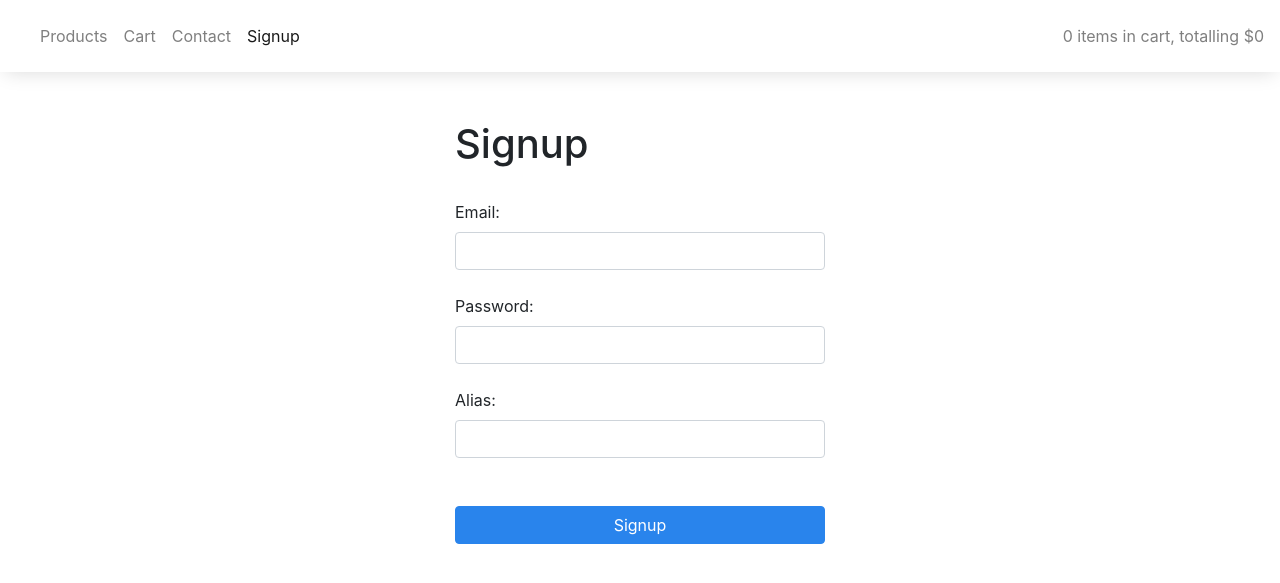
Repository: dayrim/wavecraft
Page: /signup
The author's editor kept a copy of each file at every save. The page is drawn from the files as they stood at one save, then again after the next save.
The browser window is 1280 px wide. The pictures show the whole page.
The project was rebuilt for these pictures with package versions that can differ from the ones it lists, and the page was loaded fresh each time. Also part of the build but not shown: vue.config.js.

Above is the page before, as saved 2019-04-22 16:28:57.

### public/index.html
<!DOCTYPE html>
<html lang="en">
  <head>
    <meta charset="utf-8">
    <meta http-equiv="X-UA-Compatible" content="IE=edge">
    <meta name="viewport" content="width=device-width,initial-scale=1.0">
    <link rel="icon" href="<%= BASE_URL %>favicon.ico">
    <title>wavecraft-reset</title>
  </head>
  <body>
    <noscript>
      <strong>We're sorry but wavecraft-reset doesn't work properly without JavaScript enabled. Please enable it to continue.</strong>
    </noscript>
    <div id="app"></div>
    <!-- built files will be auto injected -->


  </body>
</html>

### src/main.js
import Vue from "vue";
import App from "./App.vue";
import router from "./router";
import store from "./store";
import BootstrapVue from "bootstrap-vue";

Vue.config.productionTip = false;
Vue.use(BootstrapVue);
Vue.filter("currency", function(value) {
  let formatter = new Intl.NumberFormat("en-US", {
    style: "currency",
    currency: "USD",
    minimumFractionDigits: 0,
  });

  return formatter.format(value);
});

new Vue({
  router,
  store,
  render: h => h(App),
}).$mount("#app");

### src/App.vue
<template>
  <div id="app" :class="{ ready: isPageReady }">
    <b-navbar class="mainNavbar" sticky toggleable="lg" variant="light">
      <b-navbar-brand to="/"></b-navbar-brand>

      <b-navbar-toggle target="nav-collapse"></b-navbar-toggle>

      <b-collapse id="nav-collapse" is-nav>
        <b-navbar-nav>
          <b-nav-item exact active-class="active" to="/">Products</b-nav-item>
          <b-nav-item exact active-class="active" to="/cart">Cart</b-nav-item>
          <b-nav-item exact active-class="active" to="/contact">Contact</b-nav-item>
          <b-nav-item exact active-class="active" to="/signup">Signup</b-nav-item>
        </b-navbar-nav>

        <!-- Right aligned nav items -->
        <b-navbar-nav class="ml-auto">
          <b-nav-text>
            <div class="navbar-text">
              {{ cart.items.length }}
              <span v-if="cart.items.length == 1">item</span><span v-else>items</span> in cart,
              totalling {{ cartTotal | currency }}
            </div></b-nav-text
          >
        </b-navbar-nav>
      </b-collapse>
    </b-navbar>
    <transition name="route" mode="out-in">
      <router-view name="discount"> </router-view>
    </transition>
    <b-container>
      <b-row>
        <b-col>
          <br /><br />
          <transition name="route" mode="out-in">
            <router-view></router-view>
          </transition>
        </b-col>
      </b-row>
    </b-container>
  </div>
</template>

<script>
export default {
  data() {
    return {
      isPageReady: false,
    };
  },
  computed: {
    cart() {
      return this.$store.state.cart;
    },
    cartTotal() {
      return this.$store.getters["cart/cartTotal"];
    },
  },
  mounted: function() {
    this.$nextTick(function() {
      setTimeout(() => {
        this.isPageReady = true;
      }, 0);
    });
  },
};
</script>

<style lang="scss">
.mainNavbar {
  box-shadow: 0px 5px 20px -5px rgba(0, 0, 0, 0.15);
}
.flex {
  display: flex;
}
.flex.flex-column {
  flex-direction: column;
}
.flex.flex-row {
  flex-direction: row;
}
.flex.justify-center {
  justify-content: center;
}
.flex.justify-left {
  justify-content: flex-start;
}
.flex.justify-right {
  justify-content: flex-end;
}
.flex.align-center {
  align-items: center;
}
.flex.align-left {
  align-items: flex-start;
}
.flex.align-right {
  align-items: flex-end;
}
/* Navigation */
.navbar .stats {
  margin-top: 15px;
}
ul {
  list-style: none;
}
.btn {
  margin-right: 20px;
}
input[type="radio"] + label,
input[type="checkbox"] + label {
  font-weight: normal;
}

#app {
  opacity: 0;
  transition: opacity 1s ease;
}

#app.ready {
  opacity: 1;
}

.route-enter-active,
.route-leave-active {
  transition: opacity 0.15s ease;
}

.route-enter,
.route-leave-to {
  opacity: 0;
}
</style>

### src/router/index.js
import Vue from "vue";
import Router from "vue-router";
import routes from "./routes";
Vue.use(Router);

export default new Router({
  mode: "history",
  base: process.env.BASE_URL,
  routes,
});

### src/store/index.js
import Vue from "vue";
import Vuex from "vuex";
import cart from "./modules/cart";

Vue.use(Vuex);

export default new Vuex.Store({
  /**
   * Assign the modules to the store.
   */
  modules: {
    cart,
  },
});

### src/assets/common.scss
@import "node_modules/bootstrap/scss/functions";
@import "node_modules/bootstrap/scss/variables";

$primary-color: #2984ec;
$secondary-color: #601cb9;
$tertiary-color: #222d30;
$default-color: #e9e9e9;
$light-color: #ffffff;
$accent-color: #f0081b;
$warning-color: #f09308;



$red: #dc3545;
$yellow: #ffc107;
$green: #006600; // This is the only variable I wanted to change
$cyan: #17a2b8;

$theme-colors: (
  primary: $primary-color,
  secondary: $tertiary-color,
  success: $secondary-color,
  info: $primary-color,
  warning: $warning-color,
  danger: $accent-color,
  light: $light-color,
  dark: $tertiary-color
);

@import 'node_modules/bootstrap/scss/bootstrap';
@import 'node_modules/bootstrap-vue/src/index.scss';

### src/router/routes.js
const routes = [
  {
    path: "",
    components: {
      default: () => import(/* webpackChunkName: "ProductList" */ "@/components/ProductList.vue"),
      discount: () =>
        import(/* webpackChunkName: "SpecialOffer" */ "@/components/SpecialOffer.vue"),
    },
  },
  {
    path: "/cart",
    component: () => import(/* webpackChunkName: "Cart" */ "@/components/Cart.vue"),
    alias: "/shopping-cart",
  },
  {
    path: "/signup",
    component: () => import(/* webpackChunkName: "Singup" */ "@/components/Signup.vue"),
    alias: "/sign-up",
  },
  {
    path: "/product/:productId",
    props: true,
    name: "Product",
    component: () => import(/* webpackChunkName: "Product" */ "@/components/Product.vue"),
    children: [
      {
        path: "details",
        name: "ViewProduct",
        props: true,
        component: () =>
          import(/* webpackChunkName: "ViewProduct" */ "@/components/ViewProduct.vue"),
      },
      {
        path: "reviews",
        name: "ProductReviews",
        props: true,
        component: () =>
          import(/* webpackChunkName: "ProductReviews" */ "@/components/ProductReviews.vue"),
      },
    ],
  },

  {
    path: "/contact",
    component: () => import(/* webpackChunkName: "Contact" */ "@/components/Contact.vue"),
  },
  {
    path: "/*",
    component: () => import(/* webpackChunkName: "PageNotFound" */ "@/components/PageNotFound.vue"),
  },
];

export default routes;

### src/store/modules/cart/index.js
import actions from "./actions";
import getters from "./getters";
import mutations from "./mutations";
import state from "./state";

export default {
  namespaced: true,
  actions,
  getters,
  mutations,
  state,
};

### src/components/Signup.vue
<template>
  <b-container class="signup">
    <b-form @submit="onSubmit">
      <h1>Signup</h1>
      <br />
      <label for="email">Email:</label>
      <b-form-input id="email" type="text" v-model="email"></b-form-input>
      <br />
      <label for="password">Password:</label>
      <b-form-input id="password" type="text" v-model="password"></b-form-input>
      <br />
      <label for="alias">Alias:</label>
      <b-form-input id="alias" type="text" v-model="alias"></b-form-input>
      <br />
      <br />
      <b-button class="signup-btn" variant="primary">Signup</b-button>
    </b-form>
  </b-container>
</template>

<script>
export default {
  data() {
    return {
      password: null,
      alies: null,
      email: null,
    };
  },
  methods: {
    onSubmit: function() {},
  },
};
</script>

<style lang="scss">
.signup {
  max-width: 400px;
}
.signup-btn {
  width: 100%;
}
</style>

### src/store/modules/cart/actions.js
import * as Mutate from "./mutation-types";

export const addProductToCart = ({ commit, getters }, payload) => {
  let cartItem = getters.getCartItem(payload.product);
  payload.cartItem = cartItem;

  if (cartItem == null) {
    payload.cartItem = getters.getCartItem(payload.product);
    commit(Mutate.ADD_PRODUCT_TO_CART, payload);
  } else {
    commit(Mutate.INCREASE_PRODUCT_QUANTITY, payload);
  }
};

export const checkout = ({ commit }) => {
  commit(Mutate.CHECKOUT);
};

export default {
  addProductToCart,
  checkout,
};

### src/store/modules/cart/getters.js
export default {
  cartTotal: state => {
    let total = 0;

    state.items.forEach(function(item) {
      total += item.product.price * item.quantity;
    });
    return total;
  },
  getCartItem: state => product => {
    for (let i = 0; i < state.items.length; i++) {
      if (state.items[i].product.id === product.id) {
        return state.items[i];
      }
    }
    return null;
  },
  taxAmount: (state, getters) => percentage => (getters.cartTotal * percentage) / 100,
};

### src/store/modules/cart/mutations.js
import { CHECKOUT, ADD_PRODUCT_TO_CART, INCREASE_PRODUCT_QUANTITY } from "./mutation-types";

export default {
  [CHECKOUT](state) {
    state.items.forEach(function(item) {
      item.product.inStock += item.quantity;
    });

    state.items = [];
  },
  [ADD_PRODUCT_TO_CART]: (state, payload) => {
    state.items.push({
      product: payload.product,
      quantity: payload.quantity,
    });

    payload.product.inStock -= payload.quantity;
  },
  [INCREASE_PRODUCT_QUANTITY]: (state, payload) => {
    payload.cartItem.quantity += payload.quantity;
    payload.product.inStock -= payload.quantity;
  },
};

### src/store/modules/cart/state.js
export default {
  items: [],
};

### src/store/modules/cart/mutation-types.js
export const ADD_PRODUCT_TO_CART = "addProductToCart";
export const CHECKOUT = "checkout";
export const INCREASE_PRODUCT_QUANTITY = "increaseQuantity";

export default {
  ADD_PRODUCT_TO_CART,
  CHECKOUT,
  INCREASE_PRODUCT_QUANTITY,
};

After the next save:
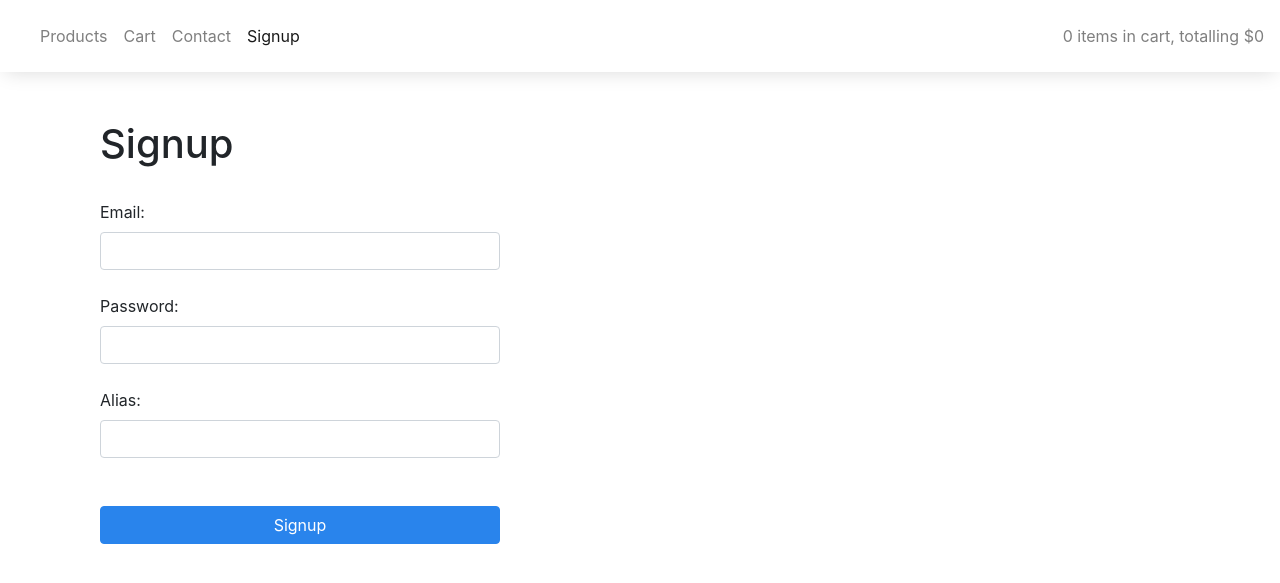
Saved 14 s later.
--- a/src/components/Signup.vue
+++ b/src/components/Signup.vue
@@ -1,6 +1,6 @@
 <template>
-  <b-container class="signup">
-    <b-form @submit="onSubmit">
+  <b-container>
+    <b-form class="signup" @submit="onSubmit">
       <h1>Signup</h1>
       <br />
       <label for="email">Email:</label>

After the 2 saves that followed:
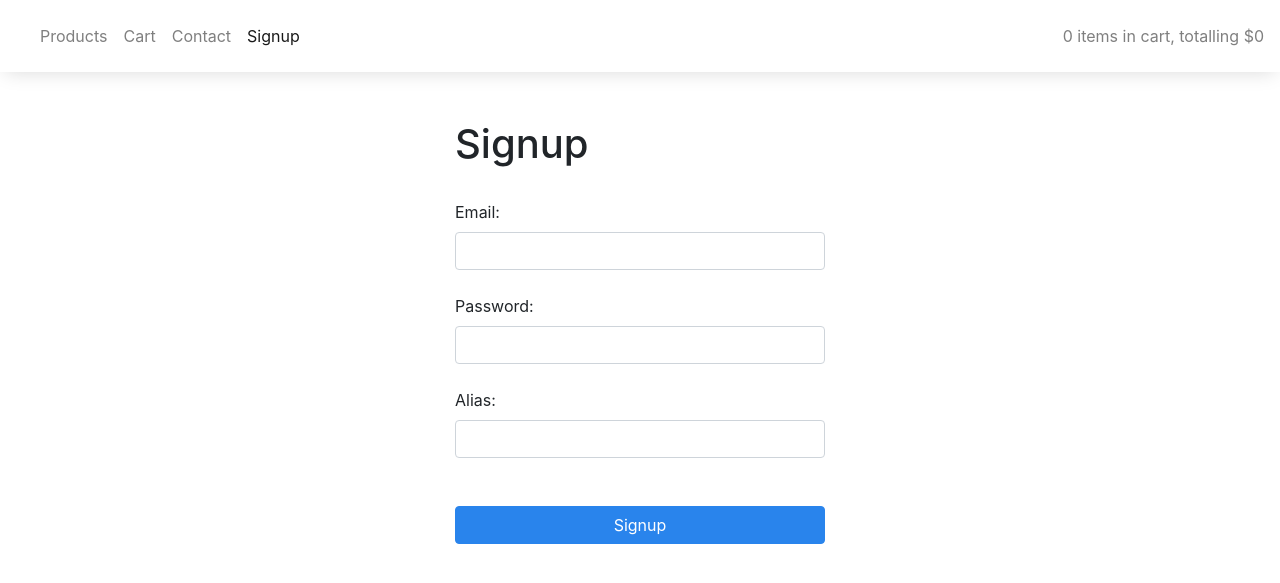
The 2 saves are shown as one change because 1 left the picture as it was.
The last was saved 13 s later.
--- a/src/components/Signup.vue
+++ b/src/components/Signup.vue
@@ -1,6 +1,6 @@
 <template>
-  <b-container>
-    <b-form class="signup" @submit="onSubmit">
+  <b-container class="signup">
+    <b-form @submit="onSubmit">
       <h1>Signup</h1>
       <br />
       <label for="email">Email:</label>
